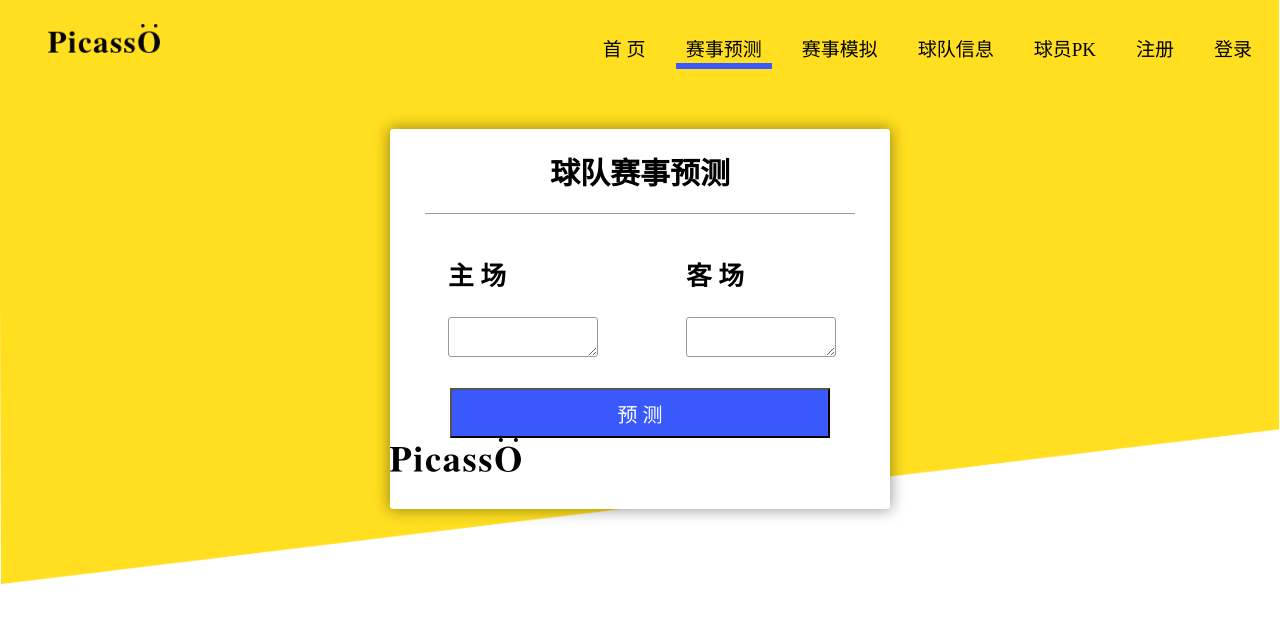
Repository: cciixx/nba-prediction-sys
Page: public/predict.html
The author's editor kept a copy of each file at every save. The page is drawn from the files as they stood at one save, then again after the next save.
The browser window is 1280 px wide. The pictures show the whole page.

Above is the page before, as saved 2020-04-04 14:29:42.

After the next save:
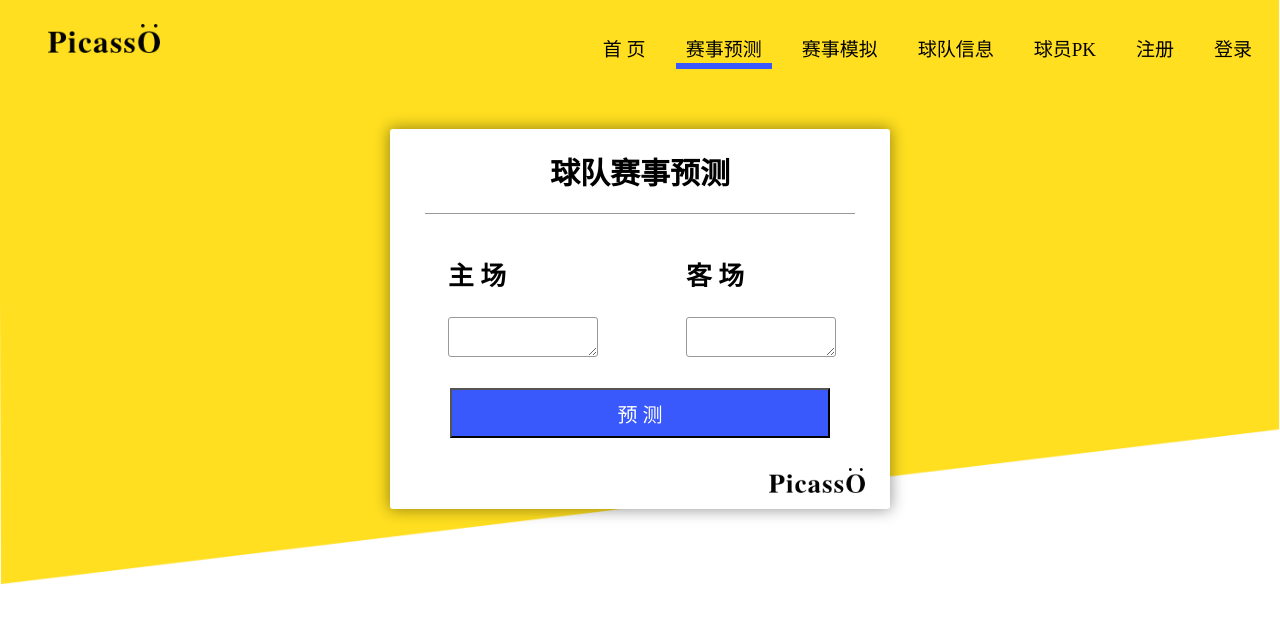
Saved 40 s later.
--- a/public/predict.html
+++ b/public/predict.html
@@ -34,7 +34,7 @@
                 <div class='box'><h3>客 场</h3><p id="away_p"></p><textarea></textarea></div>
             </div>
             <div style="text-align: center;"><input class="btn" type="submit" id="pred" value="预 测"></div>
-            <img src="images/logo.png">
+            <img src="images/logo.png", id="logo_b">
         </div>
     </div>
 </body>
